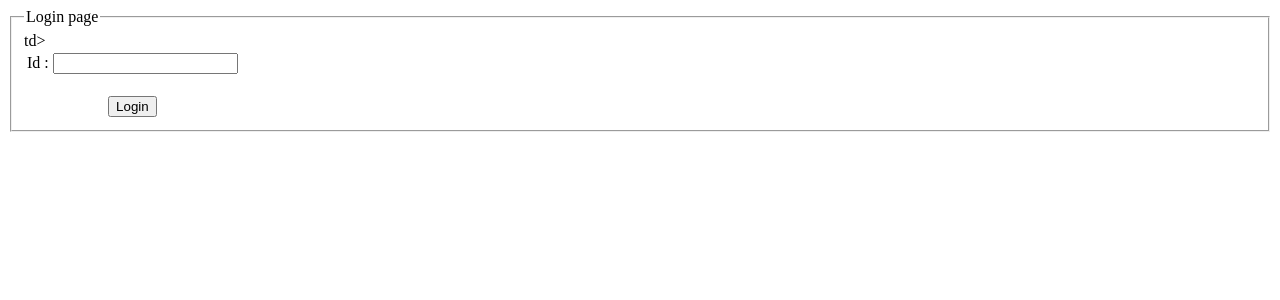
Repository: 81akshucaptain/TY_CG_HTD_BangloreNovember_JFS_AkahaykumarAgasanalli
Page: Akshay-BACK end codes/Servlet/mywebapp/src/main/webapp/loginPage.html
These files come from the project's save history. The page is drawn as it stood at one moment and after the next save; the edit follows.
The browser window is 1280 px wide. The pictures show the whole page.

Above is the page before, as saved 2019-12-16 13:14:39.

### Akshay-BACK end codes/Servlet/mywebapp/src/main/webapp/loginPage.html
<!DOCTYPE html>
<html>
<head>
<meta charset="ISO-8859-1">
<title>Insert title here</title>
</head>
<body>
<form action="">
	<fieldset>
		<legend>Login page</legend>
		<table>
			<tr>
				<td>Id</td>td>
				<td>:</td>
				<td><input type="password" name="password" required></td>
			</tr>
			<tr>
				<td colspan="3" align="center"><br> <input type="submit"
					value="Login"></td>
			</tr>
		</table>
	</fieldset>
	</form>
</body>
</html>

After the next save:
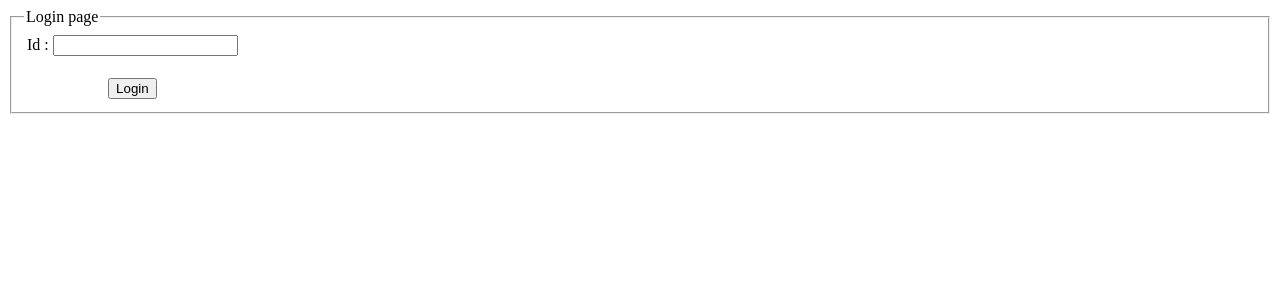
Saved 27 s later.
--- a/Akshay-BACK end codes/Servlet/mywebapp/src/main/webapp/loginPage.html
+++ b/Akshay-BACK end codes/Servlet/mywebapp/src/main/webapp/loginPage.html
@@ -10,14 +10,13 @@
 		<legend>Login page</legend>
 		<table>
 			<tr>
-				<td>Id</td>td>
+				<td>Id</td>
 				<td>:</td>
 				<td><input type="password" name="password" required></td>
 			</tr>
 			<tr>
 				<td colspan="3" align="center"><br> <input type="submit"
 					value="Login"></td>
-			</tr>
 		</table>
 	</fieldset>
 	</form>
